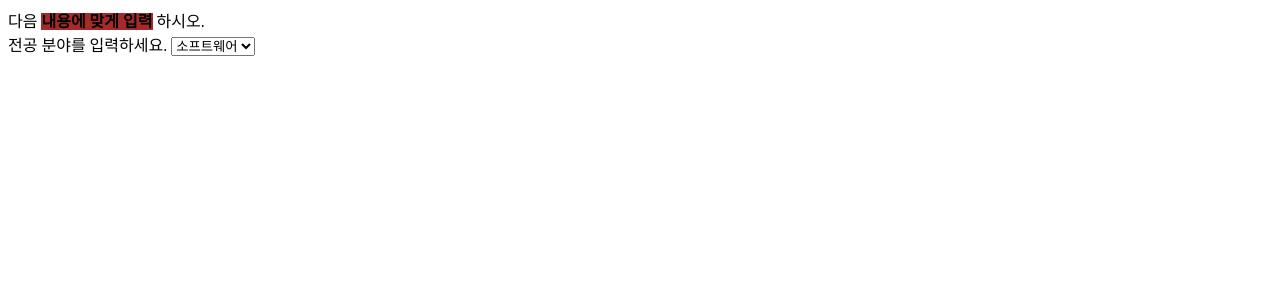
Repository: basstpgns/20201029html
Page: jsp/html/quiz03.html
An editor plug-in stored every save of this project. The page is shown before and after the next save, followed by the edit.
The browser window is 1280 px wide. The pictures show the whole page.

Above is the page before, as saved 2020-10-30 02:04:35.

### jsp/html/quiz03.html
<!DOCTYPE html>
<html>
<head>
<meta charset="UTF-8">
<title>Insert title here</title>
</head>
<body>
	다음
	<span style="background-color: brown;"><b>내용에 맞게 입력</b></span>
	하시오.<br>
	전공 분야를 입력하세요.
	<select>
		<option>소프트웨어</option>
		<option>하드웨어</option>
		<option>백수</option>
	</select>
</body>
</html>

After the next save:
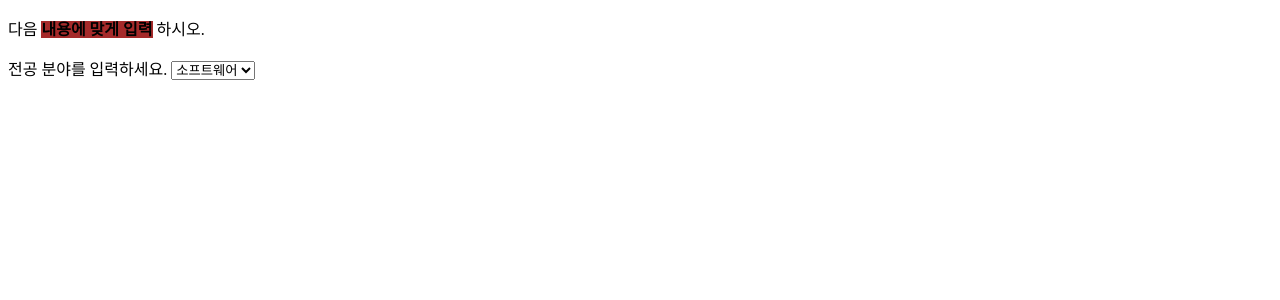
Saved 34 s later.
--- a/jsp/html/quiz03.html
+++ b/jsp/html/quiz03.html
@@ -5,9 +5,9 @@
 <title>Insert title here</title>
 </head>
 <body>
-	다음
+	<p>다음
 	<span style="background-color: brown;"><b>내용에 맞게 입력</b></span>
-	하시오.<br>
+	하시오.</p>
 	전공 분야를 입력하세요.
 	<select>
 		<option>소프트웨어</option>
